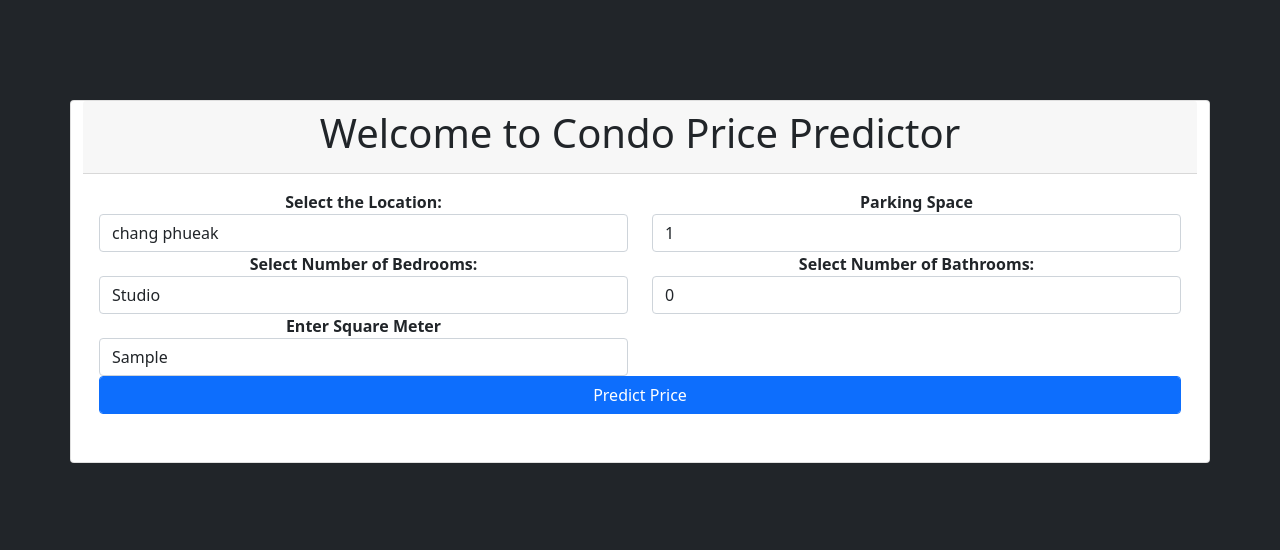
Repository: myothida/condoprice_CNX
Page: http://localhost/
The author's editor kept a copy of each file at every save. The page is drawn from the files as they stood at one save, then again after the next save.
The browser window is 1280 px wide. The pictures show the whole page.
Empty fields were first filled with sample values (such as "Sample", 5 or name@example.com).
After loading, the first visible `button.btn` was clicked once.
The page is served by the project's application, run on Flask 3 (main.py).

Above is the page before, as saved 2023-09-26 22:39:07.
Console error (its wording comes from the project's code and is left out).

After the next save:
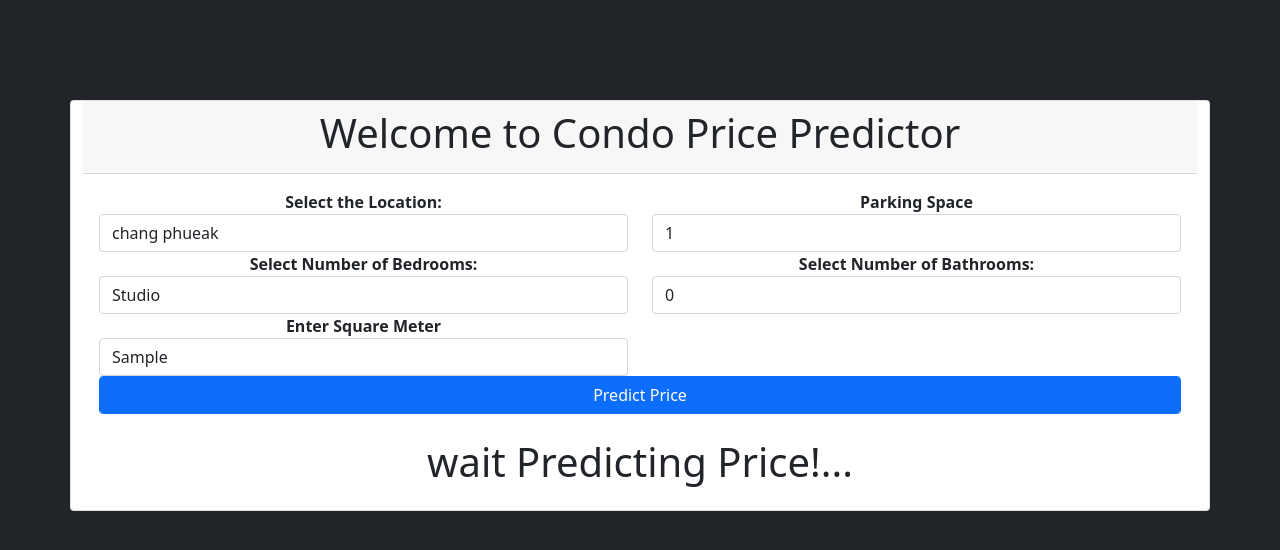
The error is gone.
Saved 6 s later.
--- a/templates/index.html
+++ b/templates/index.html
@@ -116,7 +116,7 @@
       function send_data() {
         document.querySelector("form").addEventListener("submit", form_handler);
 
-        var fd = new FormData(document.querySelector("from"));
+        var fd = new FormData(document.querySelector("form"));
 
         var xhr = new XMLHttpRequest();
 
